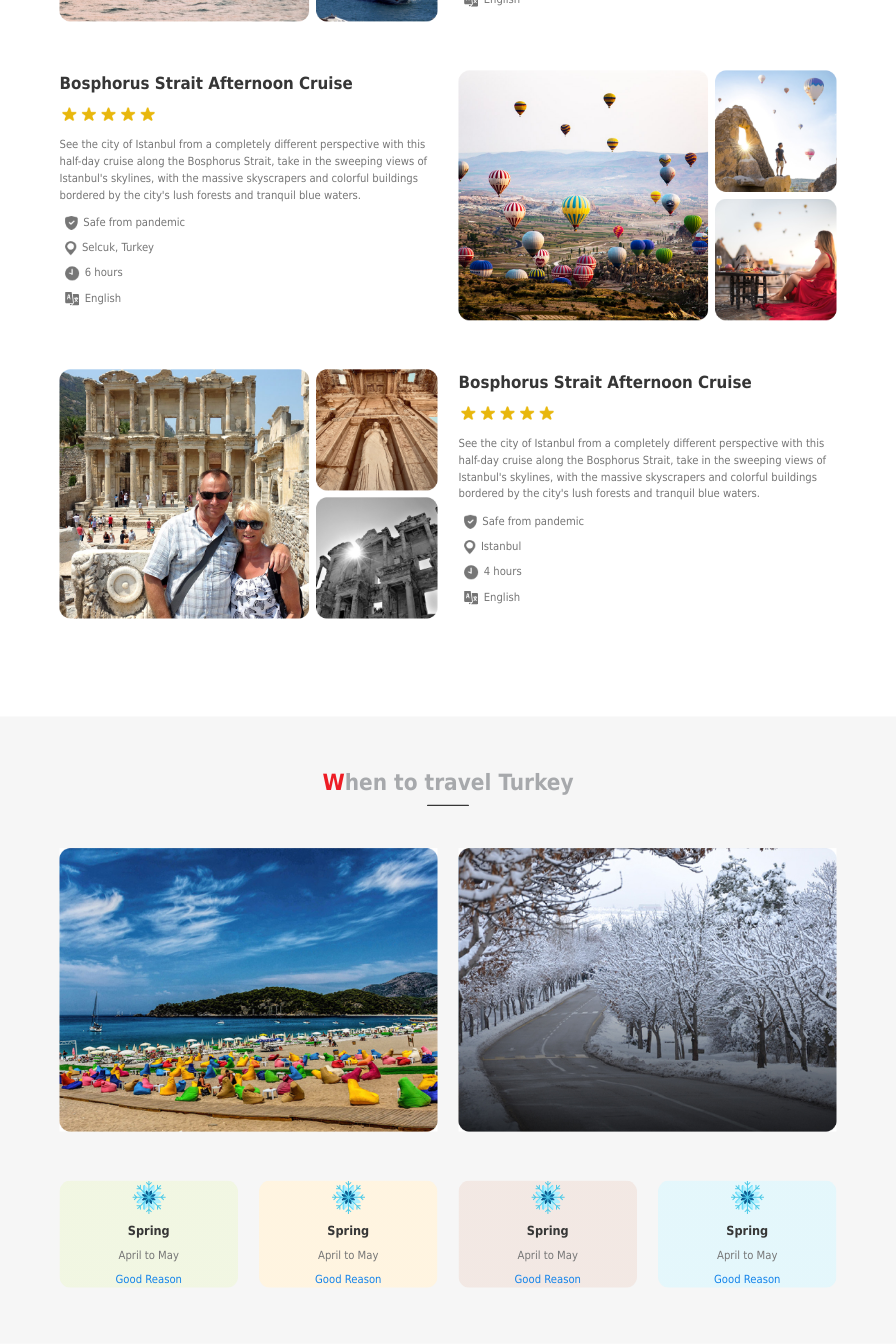
Repository: cvminhquan/turkey
Page: index.html
An editor plug-in stored every save of this project. The page is shown before and after the next save, followed by the edit.
The browser window is 1280 px wide. The pictures show the part of the page from y = 1841 to 3761 px (the page is 3761 px tall), at 70% of full size.
The style sheet was rebuilt from its Sass, Less or Tailwind sources for each picture, by a compiler version that may differ from the author's.

Above is the page before, as saved 2022-09-15 20:04:14.

After the next save:
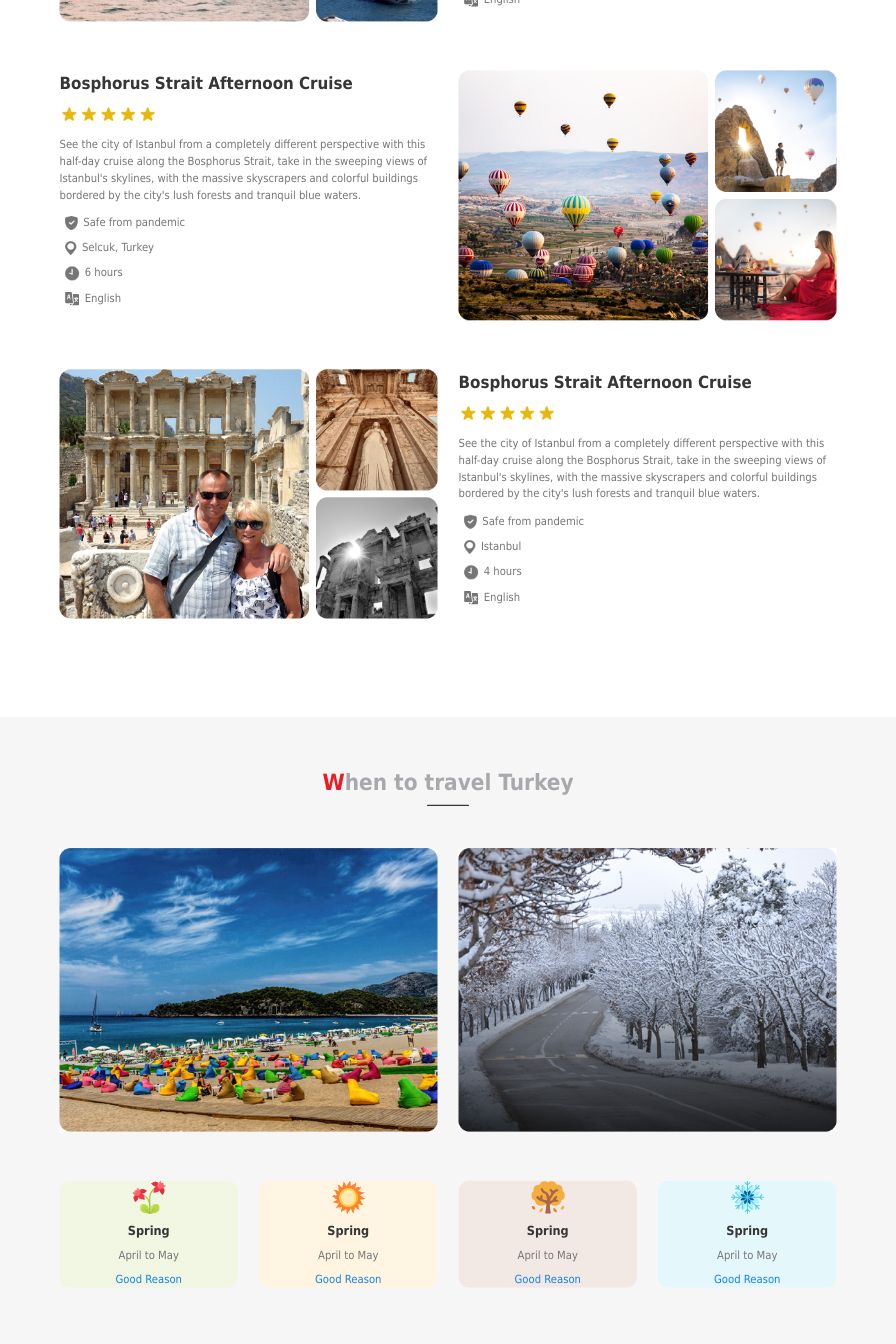
Saved 48 s later.
--- a/index.html
+++ b/index.html
@@ -194,7 +194,7 @@
                 <div class="row">
                     <div class="col-3 text-center">
                         <div class="bg-spring p-20">
-                            <p class=" bdr text-center "><img src="./images/icon-snow.svg " alt=" "></p>
+                            <p class=" bdr text-center "><img src="./images/icon-flower.svg " alt=" "></p>
                             <h2>Spring</h2>
                             <p>
                                 <h3 class="text-month ">April to May</h3>
@@ -204,7 +204,7 @@
                     </div>
                     <div class="col-3 text-center">
                         <div class="bg-summer p-20">
-                            <p class=" bdr text-center "><img src="./images/icon-snow.svg " alt=" "></p>
+                            <p class=" bdr text-center "><img src="./images/icon-sun.svg " alt=" "></p>
                             <h2>Spring</h2>
                             <p>
                                 <h3 class="text-month ">April to May</h3>
@@ -214,7 +214,7 @@
                     </div>
                     <div class="col-3 text-center">
                         <div class="bg-fall p-20">
-                            <p class=" bdr text-center "><img src="./images/icon-snow.svg " alt=" "></p>
+                            <p class=" bdr text-center "><img src="./images/icon-tree.svg " alt=" "></p>
                             <h2>Spring</h2>
                             <p>
                                 <h3 class="text-month ">April to May</h3>
